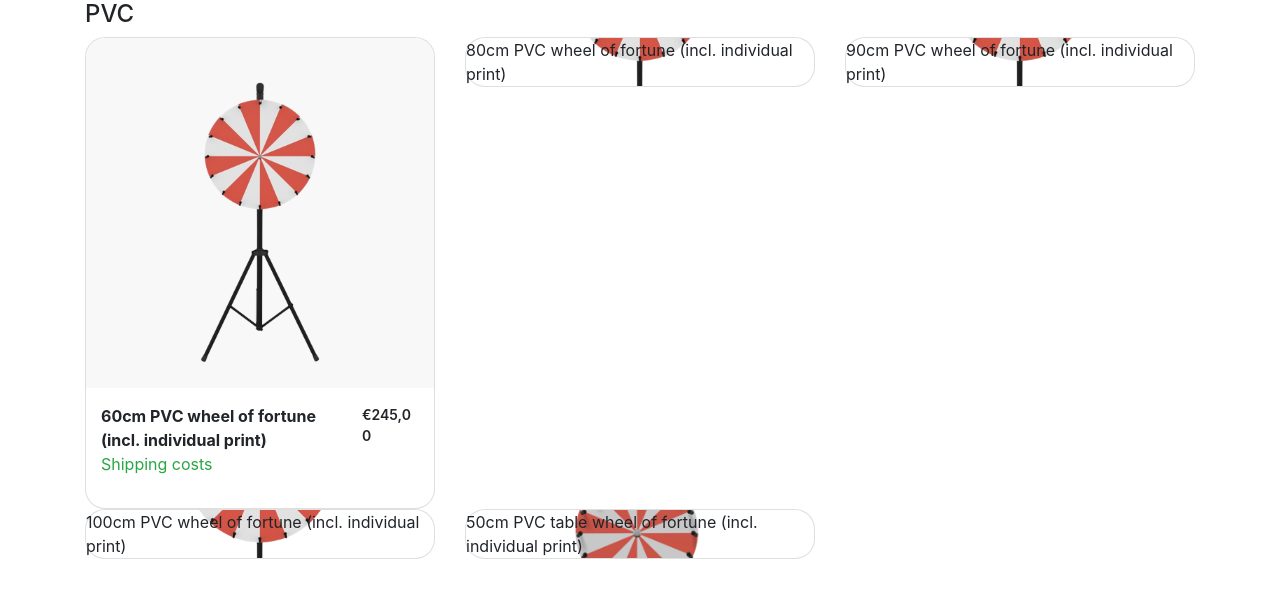
Repository: Awaisp-irfan/fahad-project
Page: pvc.html
An editor plug-in stored every save of this project. The page is shown before and after the next save, followed by the edit.
The browser window is 1280 px wide. The pictures show the whole page.

Above is the page before, as saved 2022-06-30 09:21:28.

After the next save:
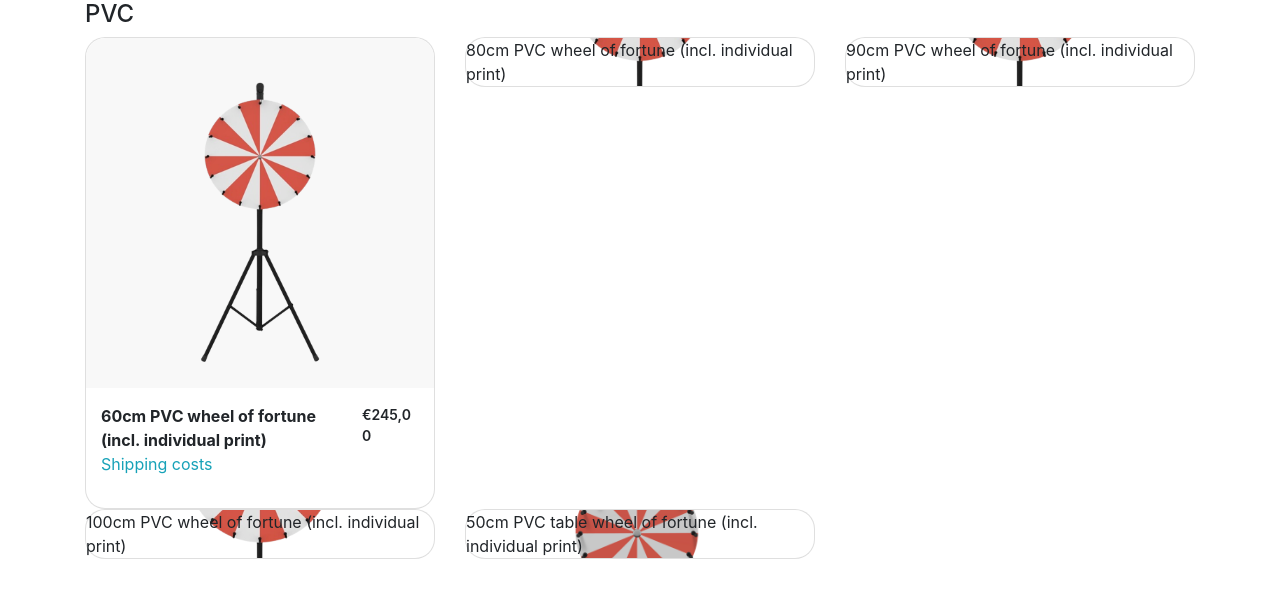
Saved 13 s later.
--- a/pvc.html
+++ b/pvc.html
@@ -31,7 +31,7 @@
             <div class="cm60-content d-flex justify-content-between my-lg-3">
               <div class="col-lg-9">
                 <p class="cm60-title">60cm PVC wheel of fortune (incl. individual print)</p>
-                <p class="text-success">Shipping costs</p>
+                <p class="text-info">Shipping costs</p>
               </div>
               <div class="col-lg-3">
                 <p class="price">
